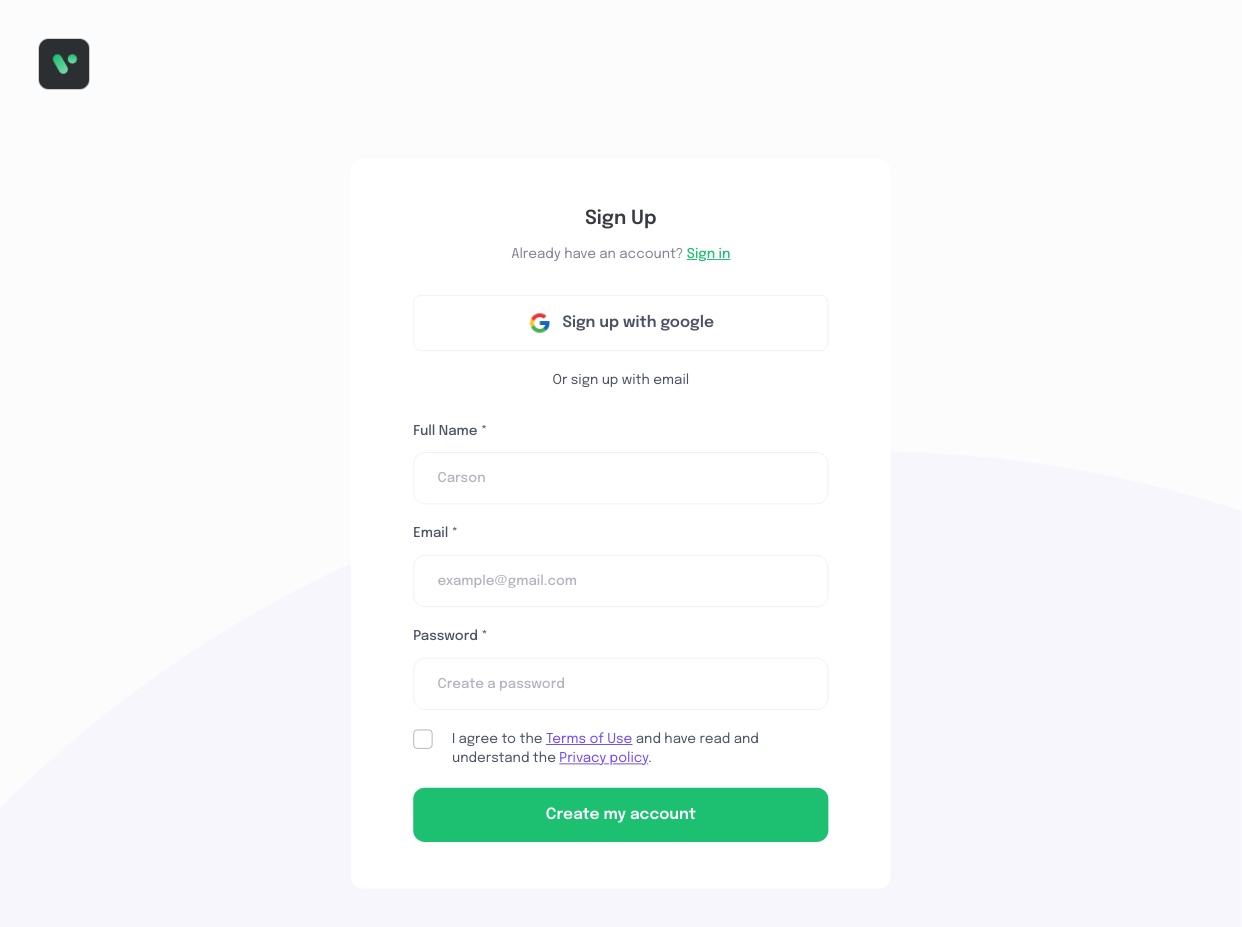
Repository: CarsonDev1/Crowfunding
Page: /sign-up
These files come from the project's save history. The page is drawn as it stood at one moment and after the next save; the edit follows.
The browser window is 1280 px wide. The pictures show the whole page, at 97% of full size.
The project was rebuilt for these pictures with package versions that can differ from the ones it lists, and the page was loaded fresh each time. Also part of the build but not shown: src/components/common/ErrorComponent.jsx, src/pages/SignIn.jsx.

Above is the page before, as saved 2023-04-07 13:01:47.

After the next save:
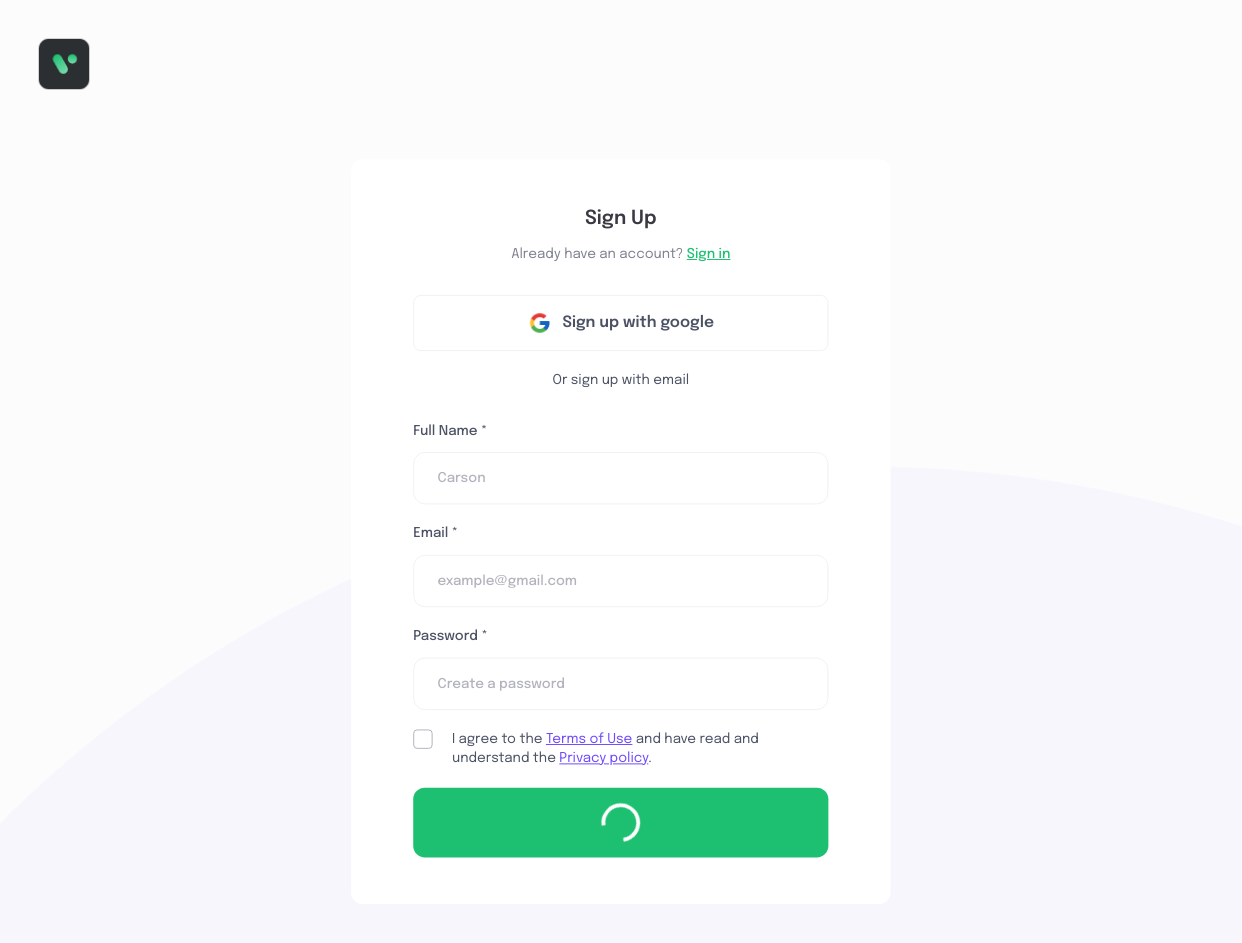
Saved 25 s later.
--- a/src/pages/SignUp.jsx
+++ b/src/pages/SignUp.jsx
@@ -49,7 +49,7 @@ function SignUp() {
 						understand the <span className="underline text-secondary">Privacy policy</span>.
 					</p>
 				</div>
-				<Button className="w-full bg-primary" type="submit">
+				<Button className="w-full bg-primary" type="submit" isLoading>
 					Create my account
 				</Button>
 			</form>
